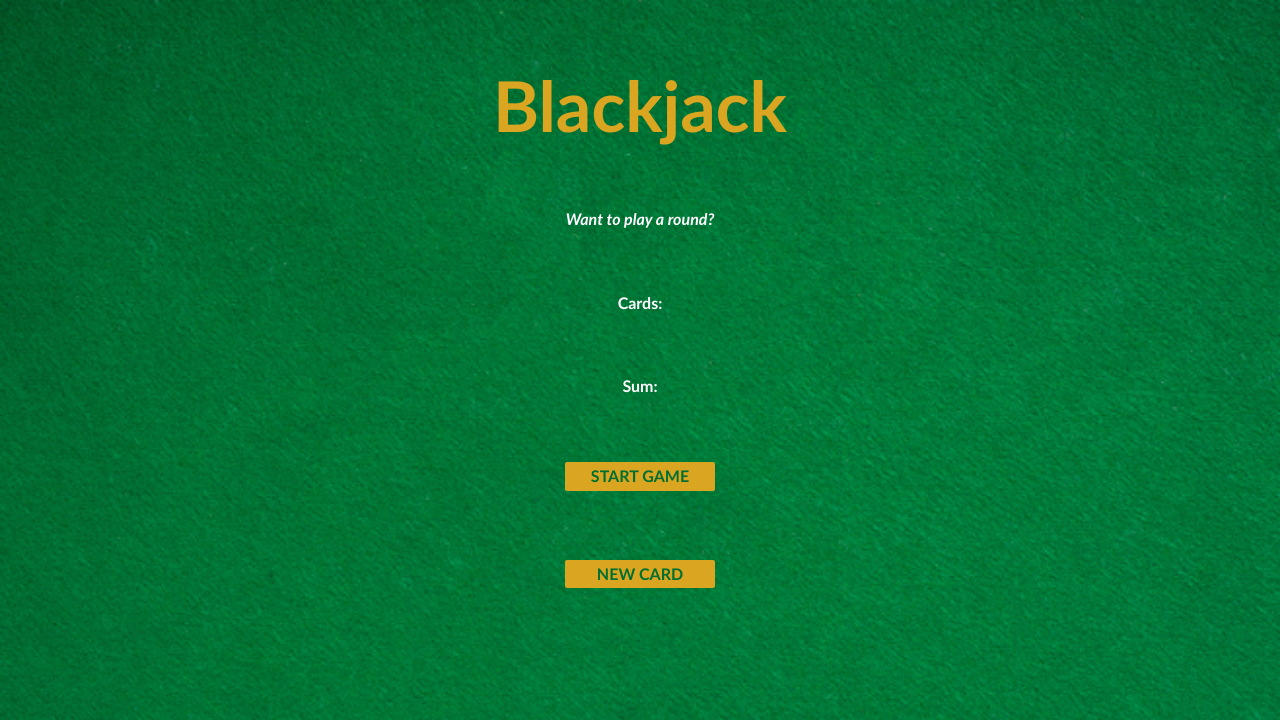
Repository: raghhavv03/javascript-practice
Page: task-5/index.html
An editor plug-in stored every save of this project. The page is shown before and after the next save, followed by the edit.
The browser window is 1280 px wide. The pictures show the whole page.

Above is the page before, as saved 2026-02-09 20:49:00.

### task-5/index.html
<!DOCTYPE html>
<html>
    <head>
        <link rel="stylesheet" href="https://cdnjs.cloudflare.com/ajax/libs/normalize/8.0.1/normalize.css">
        <link rel="stylesheet" href="./style.css">
        <script src="./index.js" defer></script>
        <title>Task 5</title>
    </head>
    <body>
        <p id="heading">Blackjack</p>

        <p id="message-el">Want to play a round?</p>
        <p id="cards-el">Cards:</p>
        <p id="sum-el">Sum:</p>

        <button onclick="startGame()">START GAME</button>
        <button onclick="newCard()">NEW CARD</button>

        <p id="player-el"></p>
    </body>
</html>

### task-5/style.css
* {
    margin: 0;
    padding: 0;
    box-sizing: border-box;
}

body {
    font-family: 'Trebuchet MS', 'Lucida Sans Unicode', 'Lucida Grande', Arial, sans-serif;
    background-image: url("images/table.png");
    background-size: cover;
    font-weight: bold;
    color: white;
    display: flex;
    flex-direction: column;
    justify-content: space-evenly;
    align-items: center;
    height: 100vh;
}

#heading {
    font-size: 70px;
    color: goldenrod;
}

#message-el {
    font-style: italic;
}

button {
    color: #016f32;
    width: 150px;
    background: goldenrod;
    padding-top: 5px;
    padding-bottom: 5px;
    font-weight: bold;
    border: none;
    border-radius: 2px;
    margin-bottom: 2px;
    margin-top: 2px;
}

### task-5/index.js
const cards = [
  { img: "./images/card-a.png", value: 11 },
  { img: "./images/card-2.png", value: 2 },
  { img: "./images/card-3.png", value: 3 },
  { img: "./images/card-4.png", value: 4 },
  { img: "./images/card-5.png", value: 5 },
  { img: "./images/card-6.png", value: 6 },
  { img: "./images/card-7.png", value: 7 },
  { img: "./images/card-8.png", value: 8 },
  { img: "./images/card-9.png", value: 9 },
  { img: "./images/card-10.png", value: 10 },
  { img: "./images/card-j.png", value: 10 },
  { img: "./images/card-q.png", value: 10 },
  { img: "./images/card-k.png", value: 10 }
]

After the next save:
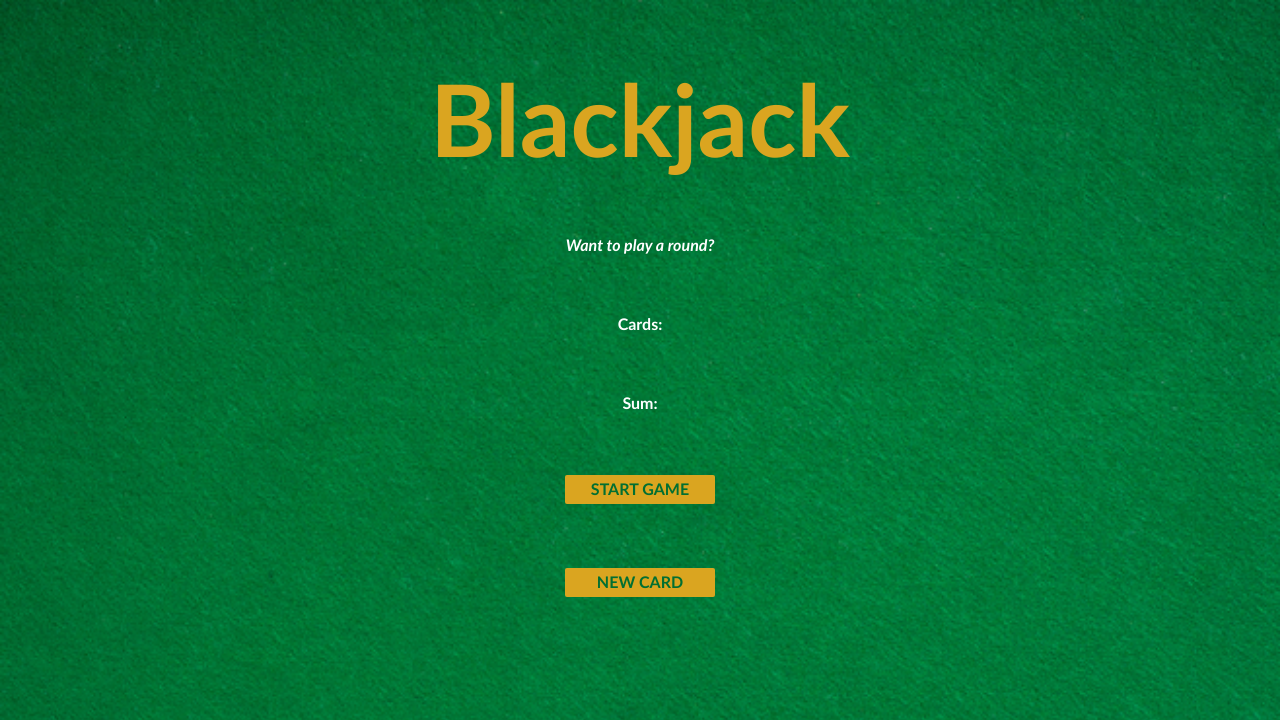
Saved 8 s later.
--- a/task-5/style.css
+++ b/task-5/style.css
@@ -18,7 +18,7 @@ body {
 }
 
 #heading {
-    font-size: 70px;
+    font-size: 100px;
     color: goldenrod;
 }
 
